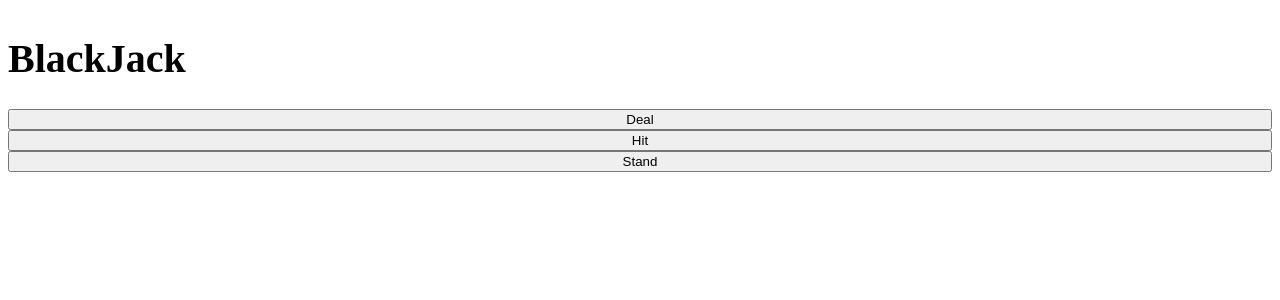
Repository: oldens/blackjack
Page: index.html
An editor plug-in stored every save of this project. The page is shown before and after a run of saves, followed by the edit.
The browser window is 1280 px wide. The pictures show the whole page.

Above is the page before, as saved 2025-02-01 12:54:16.

### index.html
<!DOCTYPE html>
<html lang="en">
  <head>
    <meta charset="UTF-8" />
    <meta name="viewport" content="width=device-width, initial-scale=1.0" />
    <title>BlackJack</title>
    <link rel="stylesheet" href="./style.css" />
  </head>
  <body>
    <h1>BlackJack</h1>
    <button id="deal">Deal</button>
    <button id="hit">Hit</button>
    <button id="stand">Stand</button>

    <script type="module" src="./app.js"></script>
  </body>
</html>

### style.css
body {
    display: flex;
    flex-direction: column;
    font-size: 20px;
}

### app.js
import BlackJack from "./models/black-jack.js";

console.log("start gamble");

const game = new BlackJack();
game.startGame();


const dealBtn = document.getElementById("deal");
const hitBtn = document.getElementById("hit");
const standBtn = document.getElementById("stand");


dealBtn.addEventListener("click", () => {
  game.reset();
  game.startGame();
  console.log("Deal button clicked");
});

hitBtn.addEventListener("click", () => {
  if (typeof game.hit === "function") {
    game.hit();
    console.log("Hit button clicked");
  } else {
    console.warn("Hit method is not implemented in BlackJack.");
  }
});

standBtn.addEventListener("click", () => {
  if (typeof game.stand === "function") {
    game.stand();
    console.log("Stand button clicked");
  } else {
    console.warn("Stand method is not implemented in BlackJack.");
  }
});

### models/black-jack.js
import Deck from './deck.js';
import Player from './player.js';
import Card from './card.js';

class BlackJack {
  constructor() {
    console.log('BlackJack constructor');
    this.deck = new Deck("./models/cards54.json");
    this.dealer = new Player('Dealer');
    this.player = new Player('Player');
    document.body.appendChild(this.player.handContainer);
    document.body.appendChild(this.dealer.handContainer);
  }

  startGame() {
    this.deck.shuffle();
  }

  hit() {
    this.player.addCard(this.deck.drawCard());
  }

  stand() {
    console.log('stand');
    while (this.dealer.score < 17) {
      this.dealer.addCard(this.deck.drawCard());
    }
  }

    reset() {
        this.deck = new Deck("./models/cards54.json");
        this.dealer.reset();
        this.player.reset();
    }
}

export default BlackJack;

### models/deck.js
import Card from './card.js';

class Deck {
  constructor(jsonFile) {
    this.cards = [];
    // Load cards from JSON file if provided
    if (jsonFile) {
      fetch(jsonFile)
        .then((response) => response.json())
        .then((json) => this.importFromJSON(json))
        .catch((error) => console.error('Error loading deck:', error));
    }
  }

  importFromJSON(json) {
    this.cards = json.map((card) => new Card(
      `${card.rank} of ${card.suit}`, // Card name
      card.suit,
      card.rank,
      `./cards_img/${card.file}`,    // Use card file as image link
      ""            // Default style
    ));
  }

  drawCard() {
    return this.cards.pop();
  }

  shuffle() {
    for (let i = this.cards.length - 1; i > 0; i--) {
      const j = Math.floor(Math.random() * (i + 1));
      [this.cards[i], this.cards[j]] = [this.cards[j], this.cards[i]];
    }
  }

}

export default Deck;

### models/player.js
class Player {
    constructor(name) {
        this.name = name;
        this.hand = [];
        this.score = 0;
        this.handContainer = this.createHandContainer();
        this.id='player'+Symbol().toString().slice(7);  // Generate a unique id
    }

    createHandContainer() {
        const handContainer = document.createElement("div");
        handContainer.classList.add("hand-container");
        handContainer.style.display = "flex";
        handContainer.style.flexDirection = "row";
        handContainer.id = this.id;
        return handContainer;
    }


    addCard(card) {
        this.hand.push(card);
        this.handContainer.appendChild(card.html);
        this.score += card.rank;
        card.show();
    }

    reset() {
        this.hand = [];
        this.score = 0;
        this.handContainer.innerHTML = "";
    }


}

export default Player;

### models/card.js
const SUIT = {
  HEARTS: "HEARTS",
  DIAMONDS: "DIAMONDS",
  CLUBS: "CLUBS",
  SPADES: "SPADES",
};

class Card {
  constructor(name, suit, rank, link, style = "") {
    this.img = link;
    this.suit = suit;
    this.rank = rank;
    this.style = style;
    this.html = this.createCardsContainer();
  }

  get name() {
    return `${this.rank} of ${this.suit}`;
  }

  show() {
    this.html.style.display = "block";
  }

  hide() {
    this.html.style.display = "none";
  }

  createCardsContainer() {
    const cardContainer = document.createElement("div");
    cardContainer.classList.add("card-container");

    const imgElement = document.createElement("img");
    imgElement.src = this.img;
    imgElement.alt = this.name;
    imgElement.style.height = "250px";
    cardContainer.appendChild(imgElement);

    // Remove or conditionally set display:none if you don't want it hidden by default.
    // cardContainer.style.display = "none";

    return cardContainer;
  }
}

export default Card;

### models/cards54.json
[
    { "value": 11, "rank": "Ace", "suit": "Clubs", "file": "Clubs 1.png" },
    { "value": 2, "rank": "2", "suit": "Clubs", "file": "Clubs 2.png" },
    { "value": 3, "rank": "3", "suit": "Clubs", "file": "Clubs 3.png" },
    { "value": 4, "rank": "4", "suit": "Clubs", "file": "Clubs 4.png" },
    { "value": 5, "rank": "5", "suit": "Clubs", "file": "Clubs 5.png" },
    { "value": 6, "rank": "6", "suit": "Clubs", "file": "Clubs 6.png" },
    { "value": 7, "rank": "7", "suit": "Clubs", "file": "Clubs 7.png" },
    { "value": 8, "rank": "8", "suit": "Clubs", "file": "Clubs 8.png" },
    { "value": 9, "rank": "9", "suit": "Clubs", "file": "Clubs 9.png" },
    { "value": 10, "rank": "10", "suit": "Clubs", "file": "Clubs 10.png" },
    { "value": 10, "rank": "Jack", "suit": "Clubs", "file": "Clubs 11.png" },
    { "value": 10, "rank": "Queen", "suit": "Clubs", "file": "Clubs 12.png" },
    { "value": 10, "rank": "King", "suit": "Clubs", "file": "Clubs 13.png" },

    { "value": 11, "rank": "Ace", "suit": "Diamonds", "file": "Diamonds 1.png" },
    { "value": 2, "rank": "2", "suit": "Diamonds", "file": "Diamonds 2.png" },
    { "value": 3, "rank": "3", "suit": "Diamonds", "file": "Diamonds 3.png" },
    { "value": 4, "rank": "4", "suit": "Diamonds", "file": "Diamonds 4.png" },
    { "value": 5, "rank": "5", "suit": "Diamonds", "file": "Diamonds 5.png" },
    { "value": 6, "rank": "6", "suit": "Diamonds", "file": "Diamonds 6.png" },
    { "value": 7, "rank": "7", "suit": "Diamonds", "file": "Diamonds 7.png" },
    { "value": 8, "rank": "8", "suit": "Diamonds", "file": "Diamonds 8.png" },
    { "value": 9, "rank": "9", "suit": "Diamonds", "file": "Diamonds 9.png" },
    { "value": 10, "rank": "10", "suit": "Diamonds", "file": "Diamonds 10.png" },
    { "value": 10, "rank": "Jack", "suit": "Diamonds", "file": "Diamonds 11.png" },
    { "value": 10, "rank": "Queen", "suit": "Diamonds", "file": "Diamonds 12.png" },
    { "value": 10, "rank": "King", "suit": "Diamonds", "file": "Diamonds 13.png" },

    { "value": 11, "rank": "Ace", "suit": "Hearts", "file": "Hearts 1.png" },
    { "value": 2, "rank": "2", "suit": "Hearts", "file": "Hearts 2.png" },
    { "value": 3, "rank": "3", "suit": "Hearts", "file": "Hearts 3.png" },
    { "value": 4, "rank": "4", "suit": "Hearts", "file": "Hearts 4.png" },
    { "value": 5, "rank": "5", "suit": "Hearts", "file": "Hearts 5.png" },
    { "value": 6, "rank": "6", "suit": "Hearts", "file": "Hearts 6.png" },
    { "value": 7, "rank": "7", "suit": "Hearts", "file": "Hearts 7.png" },
    { "value": 8, "rank": "8", "suit": "Hearts", "file": "Hearts 8.png" },
    { "value": 9, "rank": "9", "suit": "Hearts", "file": "Hearts 9.png" },
    { "value": 10, "rank": "10", "suit": "Hearts", "file": "Hearts 10.png" },
    { "value": 10, "rank": "Jack", "suit": "Hearts", "file": "Hearts 11.png" },
    { "value": 10, "rank": "Queen", "suit": "Hearts", "file": "Hearts 12.png" },
    { "value": 10, "rank": "King", "suit": "Hearts", "file": "Hearts 13.png" },

    { "value": 11, "rank": "Ace", "suit": "Spades", "file": "Spades 1.png" },
    { "value": 2, "rank": "2", "suit": "Spades", "file": "Spades 2.png" },
    { "value": 3, "rank": "3", "suit": "Spades", "file": "Spades 3.png" },
    { "value": 4, "rank": "4", "suit": "Spades", "file": "Spades 4.png" },
    { "value": 5, "rank": "5", "suit": "Spades", "file": "Spades 5.png" },
    { "value": 6, "rank": "6", "suit": "Spades", "file": "Spades 6.png" },
    { "value": 7, "rank": "7", "suit": "Spades", "file": "Spades 7.png" },
    { "value": 8, "rank": "8", "suit": "Spades", "file": "Spades 8.png" },
    { "value": 9, "rank": "9", "suit": "Spades", "file": "Spades 9.png" },
    { "value": 10, "rank": "10", "suit": "Spades", "file": "Spades 10.png" },
    { "value": 10, "rank": "Jack", "suit": "Spades", "file": "Spades 11.png" },
    { "value": 10, "rank": "Queen", "suit": "Spades", "file": "Spades 12.png" },
    { "value": 10, "rank": "King", "suit": "Spades", "file": "Spades 13.png" }
  ]

After the next 2 saves:
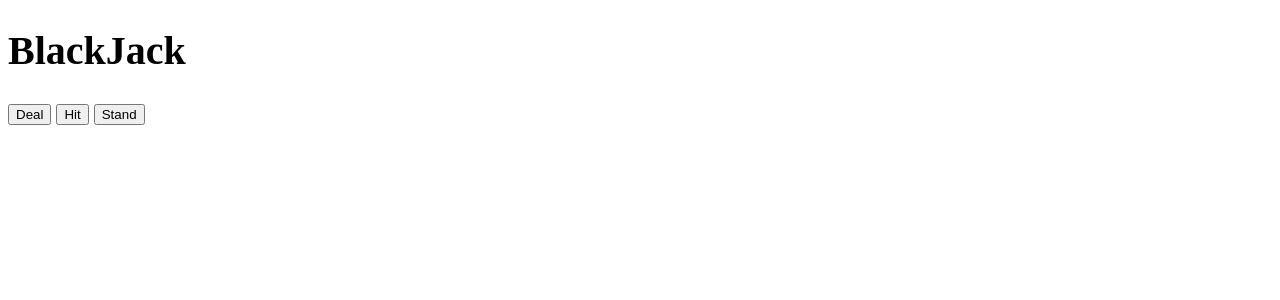
The 2 saves are shown as one change because they came seconds apart.
The last was saved 17 s later.
--- a/style.css
+++ b/style.css
@@ -1,5 +1,5 @@
 body {
-    display: flex;
     flex-direction: column;
     font-size: 20px;
+    justify-content: center;
 }
